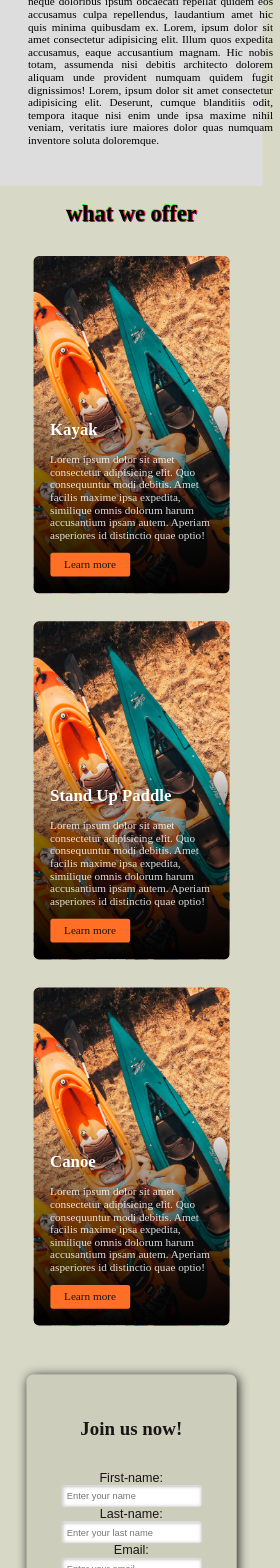
Repository: joseluis2289/Responsive-club-website
Page: index.html
These files come from the project's save history. The page is drawn as it stood at one moment and after the next save; the edit follows.
The browser window is 375 px wide. The page is 400 px wide, so the pictures cover 400 px, including what lies to the right of the window. The pictures show the part of the page from y = 1561 to 3801 px (the page is 5266 px tall before and 5250 px after), at 70% of full size.
Some web fonts or font styles are not loaded; a fallback is used.

Above is the page before, as saved 2021-08-25 11:04:09.

### index.html
<!DOCTYPE html>
<html lang="en">
<head>
    <meta charset="UTF-8">
    <meta http-equiv="X-UA-Compatible" content="IE=edge">
    <meta name="viewport" content="width=device-width, initial-scale=1.0">
    <link rel="stylesheet" href="style.css">
    <link rel="preconnect" href="https://fonts.googleapis.com">
<link rel="preconnect" href="https://fonts.gstatic.com" crossorigin>
<link href="https://fonts.googleapis.com/css2?family=Rampart+One&display=swap" rel="stylesheet">
    <script src="script.js" defer></script>
    <title>Responsive-Club-website</title>
</head>
<body>

    <nav class="navbar">
        <!-- hamburger toggle -->
        <div class="brand-title">kayaklub</div>
        <a href="#" class="toggle-button">
            <span class="bar"></span>
            <span class="bar"></span>
            <span class="bar"></span>
        </a>

        <div class="nav-links">
            <ul>
                <li><a href="#">Home</a></li>
                <li><a href="#">About</a></li>
                <li><a href="#">Contact</a></li>
            </ul>
        </div>
    </nav>
<div class="banner"></div>

<section class="welcome">
    <h1 class="discover-title">Discover the city of Leipzig</h1>
    <p class="p-discover">Discover the "water city of Leipzig". No matter whether by paddle <strong>or canoe or rowing boat.</strong>The city and its surroundings are among the most beautiful paddling areas in Saxony. Leipzig offers an incomparable combination of urban flair, unique Wilhelminian style architecture Unesco World Heritage Site and natural paradise Leipzig floodplain forest. Overall, the city has almost 300 km of extensive river and canal landscape.</p>

</section>

<!-- about us section -->
<div class="grid-container-about">
    <!-- <img class="grid-item-img" src="./Cosmetics Discount Sale Landscape Banner.png" alt="about"> -->
    <div class="logo"></div>
    <div class="grid-item-text"><h1><a class="aboutUs-title" href="#">About us</a></h1><p class="aboutUs-text"> Lorem ipsum dolor sit amet consectetur, adipisicing elit. Recusandae quos praesentium dolore cupiditate neque doloribus ipsum obcaecati repellat quidem eos accusamus culpa repellendus, laudantium amet hic quis minima quibusdam ex. Lorem, ipsum dolor sit amet consectetur adipisicing elit. Illum quos expedita accusamus, eaque accusantium magnam. Hic nobis totam, assumenda nisi debitis architecto dolorem aliquam unde provident numquam quidem fugit dignissimos! Lorem, ipsum dolor sit amet consectetur adipisicing elit. Deserunt, cumque blanditiis odit, tempora itaque nisi enim unde ipsa maxime nihil veniam, veritatis iure maiores dolor quas numquam inventore soluta doloremque.</p></div>
</div>



<h1 class="tittle-what-we-offer">what we offer</h1>
<div class="card-container">
    <div class="card">
        <div class="card-content">
        <h2 class="card-title">Kayak</h2>
        <p class="card-body">Lorem ipsum dolor sit amet consectetur adipisicing elit. Quo consequuntur modi debitis. Amet facilis maxime ipsa expedita, similique omnis dolorum harum accusantium ipsam autem. Aperiam asperiores id distinctio quae optio!</p>
        <a href="#" class="button">Learn more</a>
    </div>
    </div>

    <div class="card">
        <div class="card-content">
        <h2 class="card-title"> Stand Up Paddle</h2>
        <p class="card-body">Lorem ipsum dolor sit amet consectetur adipisicing elit. Quo consequuntur modi debitis. Amet facilis maxime ipsa expedita, similique omnis dolorum harum accusantium ipsam autem. Aperiam asperiores id distinctio quae optio!</p>
        <a href="#" class="button">Learn more</a>
    </div>
    </div>


    <div class="card">
        <div class="card-content">
        <h2 class="card-title">Canoe</h2>
        <p class="card-body">Lorem ipsum dolor sit amet consectetur adipisicing elit. Quo consequuntur modi debitis. Amet facilis maxime ipsa expedita, similique omnis dolorum harum accusantium ipsam autem. Aperiam asperiores id distinctio quae optio!</p>
        <a href="#" class="button">Learn more</a>
    </div>
    </div>

</div>

<section class="register">
    <form id="register" action="#">
        <h2 class="register-title">Join us now!</h2>
        <label for="first-name">First-name:</label>
        <br/>
        <input type="text" name="first-name" id='name' placeholder="Enter your name">
        <br/>
        <label for="last-name">Last-name:</label>
        <br/>
        <input type="text" name="last-name" id="name" placeholder="Enter your last name">
        <br/>
        <label for="email">Email:</label>
        <br/>
        <input type="text" name="email" id="name" placeholder="Enter your email">
        <br/>&nbsp;
        <br/> <br/>
    <input type="submit" value="submit" name="submit" id="submit">
    </form>
</section>

<footer class="footer">
    <div class="footer-sections">
        <div class="company">
            <ul>
                <h1 class="company-title">Company</h1>
                <li><a href="#">About Us</a></li>
                <li><a href="#">Privacy policy</a></li>
                <li><a href="#">Affiliate program</a></li>
            </ul>
        </div>
        <div class="get-help">
            <h1 class="help-title">Get Help</h1>
            <ul>
                <li><a href="#">FAQ</a></li>
                <li><a href="#">Our status</a></li>
                <li><a href="#">Payment Options</a></li>
            </ul>
        </div>
        <div class="online-shop">
            <h1 class="shop-title">online-shop</h1>
            <ul >
                <li><a href="#">Watch</a></li>
                <li><a href="#">Bags</a></li>
                <li><a href="#">equitment</a></li>
            </ul>
        </div>
        <div class="follow-us">
            <h1 class="followUs-title">Follow us</h1>
            <ul class="follow-us-list">

              <li><svg xmlns="http://www.w3.org/2000/svg" width="50" height="20" fill="currentColor" class="bi bi-instagram" viewBox="0 0 16 16">
                <path d="M8 0C5.829 0 5.556.01 4.703.048 3.85.088 3.269.222 2.76.42a3.917 3.917 0 0 0-1.417.923A3.927 3.927 0 0 0 .42 2.76C.222 3.268.087 3.85.048 4.7.01 5.555 0 5.827 0 8.001c0 2.172.01 2.444.048 3.297.04.852.174 1.433.372 1.942.205.526.478.972.923 1.417.444.445.89.719 1.416.923.51.198 1.09.333 1.942.372C5.555 15.99 5.827 16 8 16s2.444-.01 3.298-.048c.851-.04 1.434-.174 1.943-.372a3.916 3.916 0 0 0 1.416-.923c.445-.445.718-.891.923-1.417.197-.509.332-1.09.372-1.942C15.99 10.445 16 10.173 16 8s-.01-2.445-.048-3.299c-.04-.851-.175-1.433-.372-1.941a3.926 3.926 0 0 0-.923-1.417A3.911 3.911 0 0 0 13.24.42c-.51-.198-1.092-.333-1.943-.372C10.443.01 10.172 0 7.998 0h.003zm-.717 1.442h.718c2.136 0 2.389.007 3.232.046.78.035 1.204.166 1.486.275.373.145.64.319.92.599.28.28.453.546.598.92.11.281.24.705.275 1.485.039.843.047 1.096.047 3.231s-.008 2.389-.047 3.232c-.035.78-.166 1.203-.275 1.485a2.47 2.47 0 0 1-.599.919c-.28.28-.546.453-.92.598-.28.11-.704.24-1.485.276-.843.038-1.096.047-3.232.047s-2.39-.009-3.233-.047c-.78-.036-1.203-.166-1.485-.276a2.478 2.478 0 0 1-.92-.598 2.48 2.48 0 0 1-.6-.92c-.109-.281-.24-.705-.275-1.485-.038-.843-.046-1.096-.046-3.233 0-2.136.008-2.388.046-3.231.036-.78.166-1.204.276-1.486.145-.373.319-.64.599-.92.28-.28.546-.453.92-.598.282-.11.705-.24 1.485-.276.738-.034 1.024-.044 2.515-.045v.002zm4.988 1.328a.96.96 0 1 0 0 1.92.96.96 0 0 0 0-1.92zm-4.27 1.122a4.109 4.109 0 1 0 0 8.217 4.109 4.109 0 0 0 0-8.217zm0 1.441a2.667 2.667 0 1 1 0 5.334 2.667 2.667 0 0 1 0-5.334z"/>
              </svg></li>
              <li>

                  <svg xmlns="http://www.w3.org/2000/svg" width="50" height="20" fill="currentColor" class="bi bi-facebook" viewBox="0 0 16 16">
                    <path d="M16 8.049c0-4.446-3.582-8.05-8-8.05C3.58 0-.002 3.603-.002 8.05c0 4.017 2.926 7.347 6.75 7.951v-5.625h-2.03V8.05H6.75V6.275c0-2.017 1.195-3.131 3.022-3.131.876 0 1.791.157 1.791.157v1.98h-1.009c-.993 0-1.303.621-1.303 1.258v1.51h2.218l-.354 2.326H9.25V16c3.824-.604 6.75-3.934 6.75-7.951z"/>
                  </svg>
              </li>
              <li>

                  <svg xmlns="http://www.w3.org/2000/svg" width="20" height="20" fill="currentColor" class="bi bi-youtube" viewBox="0 0 16 16">
                    <path d="M8.051 1.999h.089c.822.003 4.987.033 6.11.335a2.01 2.01 0 0 1 1.415 1.42c.101.38.172.883.22 1.402l.01.104.022.26.008.104c.065.914.073 1.77.074 1.957v.075c-.001.194-.01 1.108-.082 2.06l-.008.105-.009.104c-.05.572-.124 1.14-.235 1.558a2.007 2.007 0 0 1-1.415 1.42c-1.16.312-5.569.334-6.18.335h-.142c-.309 0-1.587-.006-2.927-.052l-.17-.006-.087-.004-.171-.007-.171-.007c-1.11-.049-2.167-.128-2.654-.26a2.007 2.007 0 0 1-1.415-1.419c-.111-.417-.185-.986-.235-1.558L.09 9.82l-.008-.104A31.4 31.4 0 0 1 0 7.68v-.123c.002-.215.01-.958.064-1.778l.007-.103.003-.052.008-.104.022-.26.01-.104c.048-.519.119-1.023.22-1.402a2.007 2.007 0 0 1 1.415-1.42c.487-.13 1.544-.21 2.654-.26l.17-.007.172-.006.086-.003.171-.007A99.788 99.788 0 0 1 7.858 2h.193zM6.4 5.209v4.818l4.157-2.408L6.4 5.209z"/>
                  </svg>
              </li>
            </ul>
        </div>
    </div>
</footer>
</body>
</html>

### style.css
:root{
    --clr-neutral-900: hsl(207,19%,9%);
    --crl-neutral-100: hsl(0,0%,100%);
    --crl-accent-400: hsl(142, 90%, 61%);
    --crl-accent-300: hsl(20.18, 100%, 57.45%);

}

*,
*::before,
*::after {
    box-sizing: border-box;
}


*{
    box-sizing: border-box;
}

body{
    margin: 0;
    border: 0;
    background-color:#D7D9C6;
}

.navbar{
    display: flex;
    justify-content: space-between;
    align-items: center;
    background-color: #333;
    color: white;
    font-family: 'Poppins', sans-serif;

}

.brand-title{
    font-size: 1.6rem;
    margin: .5rem;
    text-transform: uppercase;
    letter-spacing: 4px;
    -webkit-box-shadow: 0 10px 6px -6px rgb(80, 73, 73);
    -moz-box-shadow:0 10px 6px -6px rgb(114, 110, 110);
    box-shadow: 0 10px 6px -6px rgb(136, 133, 133);
    border-radius:10px;
}

.nav-links ul {
    margin: 0;
    padding: 0;
    display: flex;
}
.nav-links li {
    list-style: none;
}

.nav-links li a {
    text-decoration: none;
    color: white;
    padding: 1rem;
    display: block;
}
.nav-links li:hover{
    background-color:#555;
}

.toggle-button {
    position: absolute;
    top: .75rem;
    right: 1rem;
    display: none;
    flex-direction: column;
    justify-content: space-between;
    width: 30px;
    height: 22px;
}

.toggle-button .bar {
    height: 3px;
    width: 100%;
    background-color: white;
    border-radius: 10px;
}

.banner{
    background-image: url("/Cosmetics\ Discount\ Sale\ Landscape\ Banner.png");
    background-repeat: no-repeat;
    background-position: cover;
    background-size: 100% 100vh;
    height: 100vh;
}

/* discover the city of Leipzig */
.welcome{
    text-align: center;
    height: 30vh;
    width:auto;
    margin: auto;
    padding: 50px;

}
.p-discover{
    text-align: justify;
    text-justify: inter-word;



}
.discover-title{
    display: block;
    position: relative;
    cursor: pointer;
    font-family: 'Rampart One', cursive;
}
.discover-title::after{
    content:"";
    position: absolute;
    left: 690px;
    background: var(--crl-accent-400);
    display: block;
    border: 0;
    margin: 0.5rem 0;
    width:300px;
    height: 10px;
    transform: scaleX(0.1);
    transition: transform 0.4s ease;

}

.discover-title:hover:after,
.discover-title:active:after{
    transform: scaleX(1);
    transform-origin: left;
    transition: transform 0.5s ease;
}


.grid-container-about{
    background-color: #ddd;
    display: grid;
    grid-template-columns: auto auto;
    padding: 30px;
    column-gap:20px;
    /* display: flex;
    justify-content:space-around ; */

}
/* .grid-item-img{
    margin: 0 0 0 auto;
    width: 500px;
    height: 40vh;
    border-radius:10px;

} */

.logo{
    background-image: url(./logo.png);
    background-size: cover;
    padding: 12rem 0 0;
    border-radius: 0.5rem;
    margin: 0 0 0 auto;
    width: 300px;
    height: 30vh;
}
.aboutUs-text{
    width: 600px;
}

/* about us  */

.aboutUs-title{
    font-family: 'Rampart One', cursive;
color: #000;
text-decoration: none;
border: 0;
margin: 0.5rem 0;
line-height: 1.9;
display: block;
position: relative;
}

.aboutUs-title:after{
    position: absolute;
    content: "";
    background: var(--crl-accent-400);
    display: block;
    left:0;
    bottom:0;
    line-height: 1.4;
    width:100%;
    height: 10px;
    transform: scaleX(0.1);
    transition: transform 0.4s ease;

}

.aboutUs-title:hover:after,
.aboutUs-title:active:after{
    transform: scaleX(1);
    transform-origin: left bottom;
    transition: transform 0.5s ease;
}


/* what we offer cards */
/* .tittle-what-we-offer{
    color: #000;
text-decoration: none;
border: 0;
margin: 2rem 0;
line-height: 1.9;
display: block;
position: relative;
}
.tittle-what-we-offer::after{
    position: absolute;
    content: "";
    background: var(--crl-accent-400);
    display: block;
    left:800px;
    bottom:0;
    line-height: 1.4;
    width:200px;
    height: 10px;
    transform: scaleX(0.5);
    transition: transform 0.4s ease;
}
.tittle-what-we-offer:hover:after,
.tittle-what-we-offer:active:after{
    transform: scaleX(1);
    transform-origin: left bottom;
    transition: transform 0.5s ease;
} */


.tittle-what-we-offer {
    text-align: center;
     font-family: 'Rampart One', cursive;
    font-size: 2rem;
    /* text-transform: uppercase; */

    text-shadow: 0.05em 0 0 rgba(255, 0,0, 0.75),
    -0.025em -0.05em 0 rgba(0, 255, 0, 0.75),
    0.025em 0.05em 0 rgba(0, 0, 255, 0.75);
    animation: glitch 2500ms infinite;
}

@keyframes glitch {
    0%{
        text-shadow: 0.05em 0 0 rgba(255, 0,0, 0.75),
        -0.025em -0.05em 0 rgba(0, 255, 0, 0.75),
        0.025em 0.05em 0 rgba(0, 0, 255, 0.75);
    }
    15%{
        text-shadow: 0.05em 0 0 rgba(255, 0,0, 0.75),
        -0.025em -0.05em 0 rgba(0, 255, 0, 0.75),
        0.025em 0.05em 0 rgba(0, 0, 255, 0.75);
    }

    49%{
        /* text-shadow: -0.05em -0.025 rgba(255, 0,0, 0.75),
        0.025em 0.05em 0 rgba(0, 255, 0, 0.75),
        -0.025em -0.05em 0 rgba(0, 0, 255, 0.75); */
        text-shadow: 0.05em 0 0 rgba(255, 0,0, 0.75),
        -0.025em -0.05em 0 rgba(0, 255, 0, 0.75),
        0.025em 0.05em 0 rgba(0, 0, 255, 0.75);
    }
    50%{
        /* text-shadow: 0.025em 0.05em 0 rgba(255, 0,0, 0.75),
        0.05em 0 0 rgba(0, 255, 0, 0.75),
        0 -0.05em 0 rgba(0, 0, 255, 0.75); */
        text-shadow: 0.05em 0 0 rgba(255, 0,0, 0.75),
        -0.025em -0.05em 0 rgba(0, 255, 0, 0.75),
        0.025em 0.05em 0 rgba(0, 0, 255, 0.75);
    }
    99%{
        text-shadow: 0.025em 0.05em 0 rgba(255, 0,0, 0.75),
        0.05em 0 0 rgba(0, 255, 0, 0.75),
        0 -0.05em 0 rgba(0, 0, 255, 0.75);
    }
    100%{
        text-shadow: 0.05em 0 0 rgba(255, 0,0, 0.75),
        -0.025em -0.05em 0 rgba(0, 255, 0, 0.75),
        0.025em 0.05em 0 rgba(0, 0, 255, 0.75);
    }
}

.card-container{
    display: flex;
    justify-content: space-evenly;
    width: 100%;

}

.card{

    color: var(--crl-neutral-100);
    background-image: url(./we-offer.jpg);
    background-size: cover;
    padding: 12rem 0 0;
    /* ch is 35 character wide */
    max-width: 35ch;
    border-radius: 0.5rem;
    overflow: hidden;
    transition: transform 500ms ease;

}

.card:hover{
    transform: scale(1.05);
}



.card-content{
    /* this variable only exist within the card content */
    --padding: 1.5rem;
    padding: var(--padding);
    /* here im appying some saturation and opacity of the backgroud card in order to kind of fade it out */
    background: linear-gradient(
        hsl(0 0% 0% / 0),
        hsl(0 0% 0% / 0.3) 20%,
        hsl(0 0% 0% / 1)
    );
}

.card-title{
    position: relative;
    /* max-content it line up the with of the title */
    width: max-content;


}

.card-title::after{
    content:"";
    position: absolute;
    height: 4px;
    /* here I'm moving the green bar to the left in order to animate */
    left: calc(var(--padding) * -1 );
    bottom: 0;
    width: calc(100% + var(--padding));
    background: var(--crl-accent-400);
    /* here I'm animating the green bar from left to right */
    transform-origin: left;
    transform: scaleX(0);
    transition: transform 500ms ease;
}

.card:hover .card-title::after{
    transform: scaleX(1);
}

.card-body{
    color: rgb(255 255 255 / 0.85);
}

.button{
    cursor:pointer;
    display: inline-block;
    padding: 0.5em 1.3em;
    text-decoration: none;
    color: var(--clr-neutral-900);
    background-color: var(--crl-accent-300);
    padding: 0.5em 1.25em;
    border-radius: 0.25em;
}


.button:hover,
.button:focus {
    background-color: var(--crl-neutral-100);
}

/* register */
.register-title{
    font-family: 'Rampart One', cursive;
    text-align: center;
    padding: 20px;

}
#register{

    background-color:rgba(0, 0, 0, 0.05);
    width: 600px;
    font-size: 18px;
    border-radius:10px;
    border:1px solid rgba(214, 210, 210, 0.3);
    box-shadow: 2px 2px 15px;
    color:rgb(24, 21, 21);
    margin: 50px auto;
    text-align: center;
    padding: 20px;
    transition: transform 500ms ease;

}
#register:hover{
    transform: scale(1.05);

    transition: 0.3s;
}
label{
    font-family:'Poppins', sans-serif;
    font-size: 18px;
}
input#name{
    width: 300px;
    border: 1px solid #ddd;
    border-radius: 3px;
    outline: 0;
    padding: 7px;
    background-color: #fff;
    box-shadow: inset 1px 1px 5px
    rgba(0,0,0,0.3);
}


input#submit{
    width: 200px;
    padding: 7px;
    font-size: 16px;
    font-family: sans-serif;
    font-weight: 600;
    border: none;
    border-radius:3px;
    background-color:rgba(250, 100, 0, 0.8);
    color:black;
    cursor:pointer;
    border:1px solid rgba(255, 255, 255, 0.3);
    box-shadow: 1px 1px 5px rgba(0, 0, 0, 0.3);
    margin-bottom: 20px;
}

input#submit:hover,
input#submit:focus {
    background-color: var(--crl-neutral-100);
}


/* footer */
.footer{
    width: 100%;
    height: 40vh;
    background-color:#000;
    color:whitesmoke;
}
.footer-sections{
    display: flex;
    justify-content: space-around;

}
.company-title{
    color:var(--crl-accent-300);
}
.company ul{
    margin: 0;
    padding: 0;
}
.company li{
    list-style: none;
}
.company li a {
    text-decoration: none;
    color: white;
    padding: 1rem;
    display: block;
}
.help-title{
    color:var(--crl-accent-300);
}
.get-help ul{
    margin: 0;
    padding: 0;
}

.get-help li{
    list-style: none;
}
.get-help li a {
    text-decoration: none;
    color: white;
    padding: 1rem;
    display: block;
}

.shop-title{
    color: var(--crl-accent-300);
}

.online-shop ul{
    margin: 0;
    padding: 0;
}
.online-shop li{
    list-style: none;
}

.online-shop li a {
    text-decoration: none;
    color: white;
    padding: 1rem;
    display: block;
}

.followUs-title{
    color:var(--crl-accent-300);
}
.follow-us-list{
    display: flex;

}
.follow-us-list li{
    list-style: none;
}

 @media(min-width: 320px) and (max-width: 600px){

   .toggle-button{
        display: flex;
    }

    .nav-links{
        display: none;
        width: 100%;
    }

    .navbar{
        flex-direction: column;
        align-items: flex-start;
        width: 100%;
    }

    .nav-links ul {
        width: 100%;
        flex-direction: column;

    }
    .nav-links li {
        text-align: center;
    }
    .nav-links li a {
        padding: .5rem 1rem;
    }
    .nav-links.active{
        display: flex;

    }


    .banner{
        background-image: url("/Cosmetics\ Discount\ Sale\ Landscape\ Banner.png");
        background-repeat: no-repeat;
        background-position: cover;
        background-size: 100% 100vh;
        height: 80vh;
        width: 100%;
    }
    .discover-title::after{
        left: 20px;
    }

    .p-discover{
        text-align: justify;
        text-justify: inter-word;
        padding: 20px;

    }
    .grid-container-about{
        margin: 160px 0 0px 0px;
        background-color: #ddd;
        display: grid;
        grid-template-columns: 1fr;

    }
    .logo{
        background-image: url(./logo.png);
        background-size: cover;
        padding: 12rem 0 0;
        border-radius: 0.5rem;
        margin: 30px 70px 0 auto;
        width: 300px;
        height: 30vh;
    }
    .aboutUs-title{
        padding: 10px;
    }
    .aboutUs-text{
        text-align: justify;
        text-justify: inter-word;
        width: 370px;
        padding: 10px;
        align-content:center;

    }
    .card-container{
        display: flex;
        flex-direction: column;


    }
    .card{
        margin: 20px auto;
    }


    #register{
        width: 300px;
    }

    input#name{
        width: 200px;
    }
    .footer{
        width: 100%;
        height: 160vh;
        background-color:#000;
        color:var(--clr-neutral-900);
    }
    .footer-sections{
        display: flex;
        flex-direction: column;
        align-items: center;
        justify-content: center;


    }


}



@media (min-width: 601px) and (max-width: 767px){
    .navbar{
        width: 100%;
        flex-direction: row;
        justify-content: space-around;
        align-content: center;
    }
    .banner{
        background-image: url("/Cosmetics\ Discount\ Sale\ Landscape\ Banner.png");
        background-repeat: no-repeat;
        background-position:cover;
        background-size: 100% 100vh;
        height: 100vh;
        width: 100%;
    }

    .discover-title::after{
        left: 260px;
        margin: 0 0 30px;

    }
    .discover-title{
        width: 800px;
        text-align: center;
    }
    .p-discover{
        text-align: justify;
        text-justify: inter-word;
        width: 700px;
        padding: 0.7em 5em;
        margin:20px 0 0 60px;
        font-size: 20px;

    }
    .grid-container-about{
        width: 800px;
        margin: 150px 0;
        background-color: #ddd;
        display: grid;
        grid-template-columns: 1fr;
        padding: 90px;
    }
    .aboutUs-text{
        text-align: justify;
        text-justify: inter-word;
        width: 550px;
    }
    .card-container{
        display: flex;
        flex-direction: column;
    }
   .card{
  font-size: larger;
   margin: 0 0 30px 100px;

   }
   #register{
   font-size: 30px;
   margin:10px auto 25px 70px;

}

input#name{
    width: 300px;

}
label{
    font-family:'Poppins', sans-serif;

}

.footer{
    width: 100%;
    height: 100vh;
    background-color:#000;
    color:var(--clr-neutral-900);
}
.footer-sections{
    display: flex;
    flex-direction: column;
    align-items: center;
    justify-content: center;
}
}

@media (min-width: 768px) and (max-width: 1024px){

    .discover-title::after{
        left: 250px;
        margin: 0 0 30px;

    }
    .discover-title{
        width: 800px;
        text-align: center;
    }
    .p-discover{
        text-align: justify;
        text-justify: inter-word;
        width: 790px;
        padding: 0.7em 5em;
        margin:20px 0 0 10px;
        font-size: 20px;

    }

    .grid-container-about{


        background-color: #ddd;
        display: grid;
        grid-template-columns: 1fr 1fr;

    }
.grid-item-text{
    margin: 0 0 0 30px;
}

.card-container{
    display: flex;

    justify-content: space-between;

}
.card{
    margin: 0 10px 0px 30px;
}
.footer{
    width: 100%;
    height: 100vh;
    background-color:#000;
    color:var(--clr-neutral-900);
}
.footer-sections{
    display: flex;
    flex-direction: row;
    align-items: center;
    justify-content: center;
}

}

### script.js
const toggleButton = document.getElementsByClassName("toggle-button")[0]
const navBarLinks = document.getElementsByClassName("nav-links")[0]

toggleButton.addEventListener("click", () =>{
    // toggle the active class so If the active class does exist it will add it and viceversa
    navBarLinks.classList.toggle("active")
}
)

After the next save:
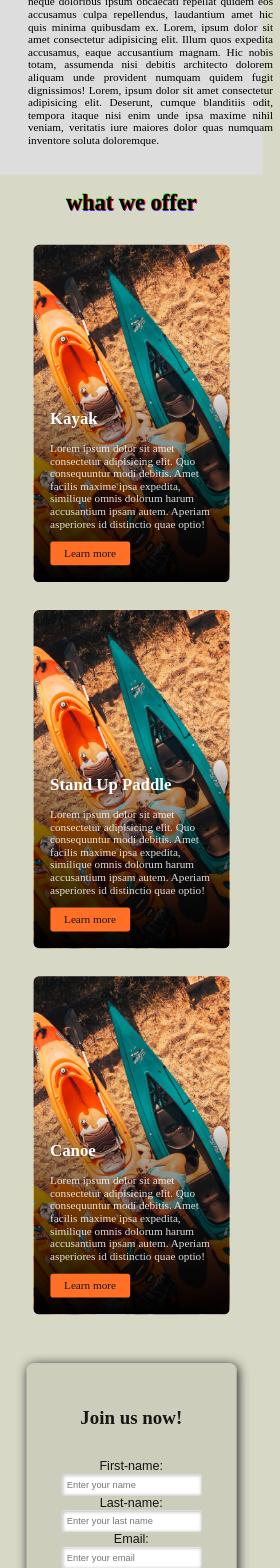
Saved 19 s later.
--- a/style.css
+++ b/style.css
@@ -588,7 +588,7 @@ input#submit:focus {
         text-justify: inter-word;
         width: 370px;
         padding: 10px;
-        align-content:center;
+        margin:auto;
 
     }
     .card-container{
